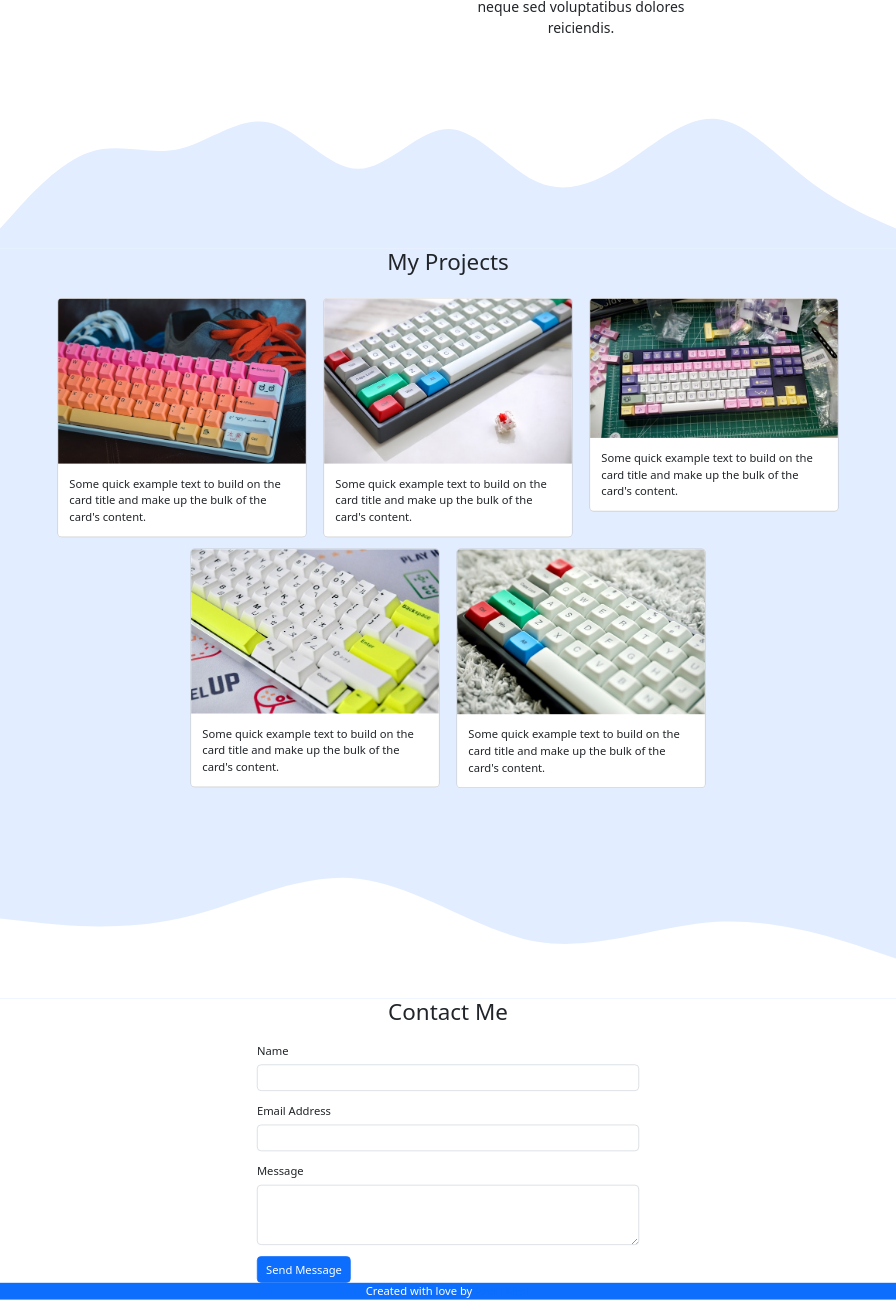
Repository: fadlyyy/fadli-dev.github.io
Page: index.html
An editor plug-in stored every save of this project. The page is shown before and after the next save, followed by the edit.
The browser window is 1280 px wide. The pictures show the part of the page from y = 1132 to 3052 px (the page is 3004 px tall before and 3052 px after), at 70% of full size.

Above is the page before, as saved 2024-01-19 16:05:55.

### index.html
<!DOCTYPE html>
<html lang="en">
  <head>
    <meta charset="utf-8" />
    <meta name="viewport" content="width=device-width, initial-scale=1" />
    <title>Bootstrap demo</title>
    <link href="https://cdn.jsdelivr.net/npm/bootstrap@5.2.3/dist/css/bootstrap.min.css" rel="stylesheet" integrity="sha384-rbsA2VBKQhggwzxH7pPCaAqO46MgnOM80zW1RWuH61DGLwZJEdK2Kadq2F9CUG65" crossorigin="anonymous" />
    <link rel="stylesheet" href="style.css" />
  </head>
  <body>
    <!-- Navbar -->
    <nav class="navbar navbar-expand-lg navbar-dark bg-primary shadow">
      <div class="container">
        <a class="navbar-brand fs-3" href="#">Fadli Rifai</a>
        <button class="navbar-toggler" type="button" data-bs-toggle="collapse" data-bs-target="#navbarNav" aria-controls="navbarNav" aria-expanded="false" aria-label="Toggle navigation">
          <span class="navbar-toggler-icon"></span>
        </button>
        <div class="collapse navbar-collapse" id="navbarNav">
          <ul class="navbar-nav ms-auto">
            <li class="nav-item">
              <a class="nav-link active" aria-current="page" href="#">Home</a>
            </li>
            <li class="nav-item">
              <a class="nav-link" href="#">About</a>
            </li>
            <li class="nav-item">
              <a class="nav-link" href="#">Projects</a>
            </li>
            <li class="nav-item">
              <a class="nav-link" href="#">Contact</a>
            </li>
          </ul>
        </div>
      </div>
    </nav>
    <!-- Navbar End -->

    <!-- Jumbotron -->
    <section class="jumbotron text-center">
      <img class="rounded-circle img-thumbnail" src="img/images.jpeg" alt="" width="250" />
      <h1 class="display-4">Fadli Rifai</h1>
      <p class="lead">Fullstack Developer</p>
      <svg xmlns="http://www.w3.org/2000/svg" viewBox="0 0 1440 320">
        <path
          fill="#ffffff"
          fill-opacity="1"
          d="M0,160L24,176C48,192,96,224,144,245.3C192,267,240,277,288,261.3C336,245,384,203,432,181.3C480,160,528,160,576,170.7C624,181,672,203,720,213.3C768,224,816,224,864,218.7C912,213,960,203,1008,213.3C1056,224,1104,256,1152,261.3C1200,267,1248,245,1296,229.3C1344,213,1392,203,1416,197.3L1440,192L1440,320L1416,320C1392,320,1344,320,1296,320C1248,320,1200,320,1152,320C1104,320,1056,320,1008,320C960,320,912,320,864,320C816,320,768,320,720,320C672,320,624,320,576,320C528,320,480,320,432,320C384,320,336,320,288,320C240,320,192,320,144,320C96,320,48,320,24,320L0,320Z"
        ></path>
      </svg>
    </section>
    <!-- Jumbotron End -->

    <!-- About -->
    <section id="about">
      <div class="container">
        <div class="row text-center mb-4">
          <div class="col">
            <h2>About Me</h2>
          </div>
        </div>
        <div class="row justify-content-center fs-5 text-center">
          <div class="col-md-4">
            <p class="">
              Lorem, ipsum dolor sit amet consectetur adipisicing elit. Aliquid, et perspiciatis. Vero veritatis temporibus ipsa, tenetur natus dolores atque vitae laborum rerum! Pariatur est facilis fugit nemo. Incidunt repudiandae quod
              aspernatur asperiores, unde ea soluta.
            </p>
          </div>
          <div class="col-md-4">
            <p>
              Lorem ipsum dolor sit amet consectetur adipisicing elit. Perferendis rem quaerat, commodi laudantium quam sequi eos delectus, repudiandae magni aut harum nisi fugiat reiciendis natus similique accusantium non repellat
              consectetur facilis praesentium libero vel. Obcaecati modi nihil, aperiam sint qui animi optio laborum earum hic neque sed voluptatibus dolores reiciendis.
            </p>
          </div>
        </div>
      </div>
      <svg xmlns="http://www.w3.org/2000/svg" viewBox="0 0 1440 320">
        <path
          fill="#e2edff"
          fill-opacity="1"
          d="M0,288L24,261.3C48,235,96,181,144,165.3C192,149,240,171,288,160C336,149,384,107,432,117.3C480,128,528,192,576,192C624,192,672,128,720,128C768,128,816,192,864,213.3C912,235,960,213,1008,181.3C1056,149,1104,107,1152,112C1200,117,1248,171,1296,208C1344,245,1392,267,1416,277.3L1440,288L1440,320L1416,320C1392,320,1344,320,1296,320C1248,320,1200,320,1152,320C1104,320,1056,320,1008,320C960,320,912,320,864,320C816,320,768,320,720,320C672,320,624,320,576,320C528,320,480,320,432,320C384,320,336,320,288,320C240,320,192,320,144,320C96,320,48,320,24,320L0,320Z"
        ></path>
      </svg>
    </section>
    <!-- About End -->

    <!-- Section Projects -->
    <section id="projects">
      <div class="container">
        <div class="row mb-4">
          <div class="col text-center">
            <h2>My Projects</h2>
          </div>
        </div>
        <div class="row justify-content-center">
          <div class="col-md-4 mb-3 child">
            <div class="card">
              <img src="img/projects/Projects1.jpg" class="card-img-top" alt="..." />
              <div class="card-body">
                <p class="card-text">Some quick example text to build on the card title and make up the bulk of the card's content.</p>
              </div>
            </div>
          </div>
          <div class="col-md-4 mb-3 child">
            <div class="card">
              <img src="img/projects/Projects2.jpg" class="card-img-top" alt="..." />
              <div class="card-body">
                <p class="card-text">Some quick example text to build on the card title and make up the bulk of the card's content.</p>
              </div>
            </div>
          </div>
          <div class="col-md-4 mb-3 child">
            <div class="card">
              <img src="img/projects/Projects3.jpg" class="card-img-top" alt="..." />
              <div class="card-body">
                <p class="card-text">Some quick example text to build on the card title and make up the bulk of the card's content.</p>
              </div>
            </div>
          </div>
          <div class="col-md-4 mb-3 child">
            <div class="card">
              <img src="img/projects/Projects4.jpg" class="card-img-top" alt="..." />
              <div class="card-body">
                <p class="card-text">Some quick example text to build on the card title and make up the bulk of the card's content.</p>
              </div>
            </div>
          </div>
          <div class="col-md-4 mb-3 child">
            <div class="card">
              <img src="img/projects/Projects5.jpg" class="card-img-top" alt="..." />
              <div class="card-body">
                <p class="card-text">Some quick example text to build on the card title and make up the bulk of the card's content.</p>
              </div>
            </div>
          </div>
        </div>
      </div>
      <svg xmlns="http://www.w3.org/2000/svg" viewBox="0 0 1440 320"><path fill="#fff" fill-opacity="1" d="M0,192L48,197.3C96,203,192,213,288,192C384,171,480,117,576,128C672,139,768,213,864,229.3C960,245,1056,203,1152,197.3C1248,192,1344,224,1392,240L1440,256L1440,320L1392,320C1344,320,1248,320,1152,320C1056,320,960,320,864,320C768,320,672,320,576,320C480,320,384,320,288,320C192,320,96,320,48,320L0,320Z"></path></svg>
    </section>
    <!-- End Section Projects -->

    <!-- Contact -->
    <section id="contact">
      <div class="container">
        <div class="row text-center mb-3">
          <div class="col">
            <h2>Contact Me</h2>
          </div>
        </div>
        <div class="row justify-content-center">
          <div class="col-md-6">
            <form>
              <div class="mb-3">
                <label for="name" class="form-label">Name</label>
                <input type="text" class="form-control" id="name" aria-describedby="name" />
              </div>
              <div class="mb-3">
                <label for="email" class="form-label">Email Address</label>
                <input type="email" class="form-control" id="email" aria-describedby="email" />
              </div>
              <div class="mb-3">
                <label for="message" class="form-label">Message</label>
                <textarea class="form-control" id="message" rows="3"></textarea>
              </div>
              <button type="submit" class="btn btn-primary">Send Message</button>
            </form>
          </div>
        </div>
      </div>
    <!-- End Contact -->

    <!-- Footer -->
    <footer class="bg-primary text-center">
      <p class="text-white">Created with love by <a href="#" class="fw-bold">Fadli Rifai</a></p>
    </footer>
    <!-- Footer End -->

    <script src="https://cdn.jsdelivr.net/npm/bootstrap@5.2.3/dist/js/bootstrap.bundle.min.js" integrity="sha384-kenU1KFdBIe4zVF0s0G1M5b4hcpxyD9F7jL+jjXkk+Q2h455rYXK/7HAuoJl+0I4" crossorigin="anonymous"></script>
  </body>
</html>

### style.css
.jumbotron {
  padding-top: 2rem;
  background-color: #e2edff;
}

#projects {
  background-color: #e2edff;
}

#projects .child {
  transition: all 0.2s ease-in-out;
}

#projects .child:hover {
  scale: 1.04;
}

After the next save:
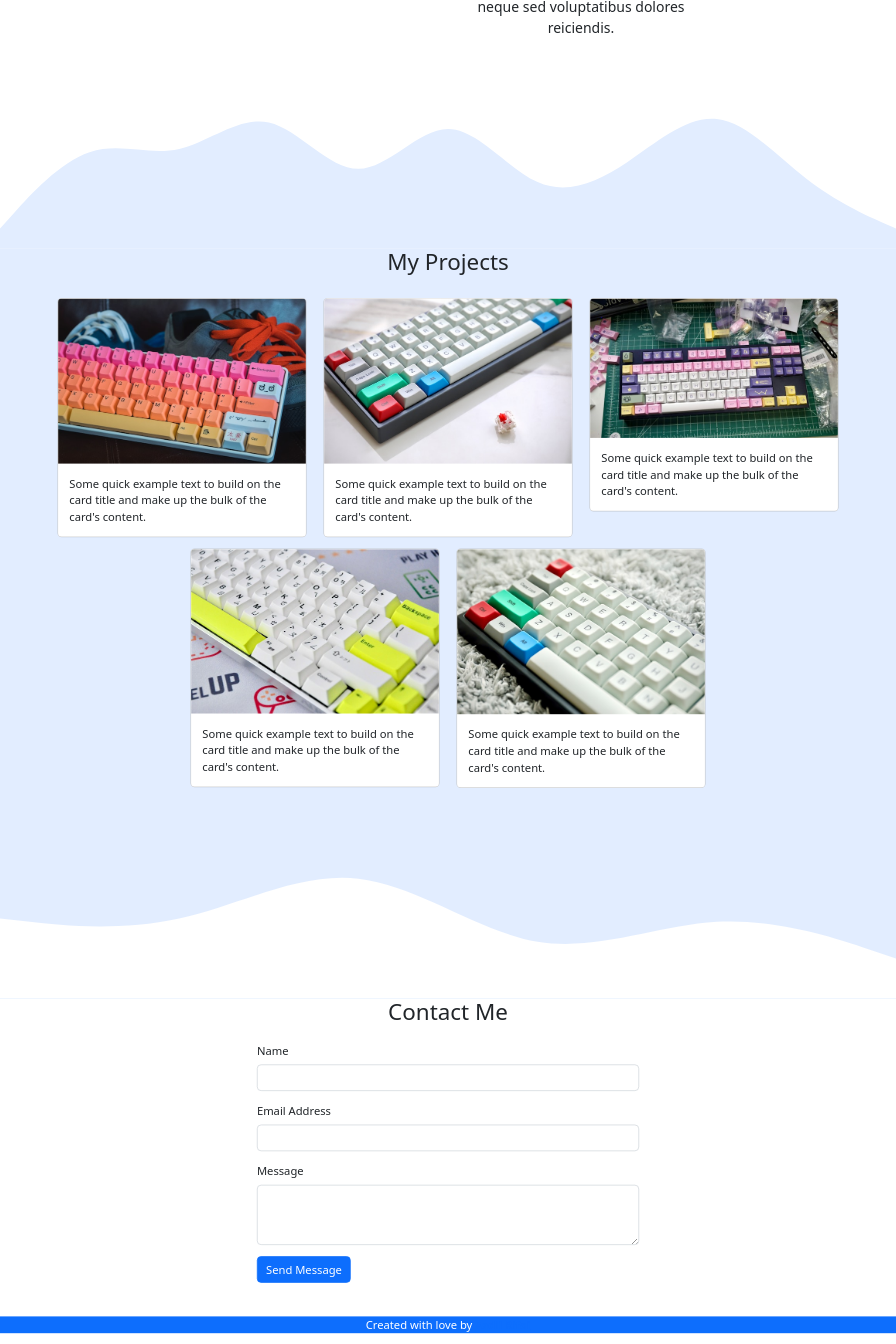
Saved 28 s later.
--- a/index.html
+++ b/index.html
@@ -169,7 +169,7 @@
     <!-- End Contact -->
 
     <!-- Footer -->
-    <footer class="bg-primary text-center">
+    <footer class="bg-primary text-center mt-5">
       <p class="text-white">Created with love by <a href="#" class="fw-bold">Fadli Rifai</a></p>
     </footer>
     <!-- Footer End -->

After the save that followed:
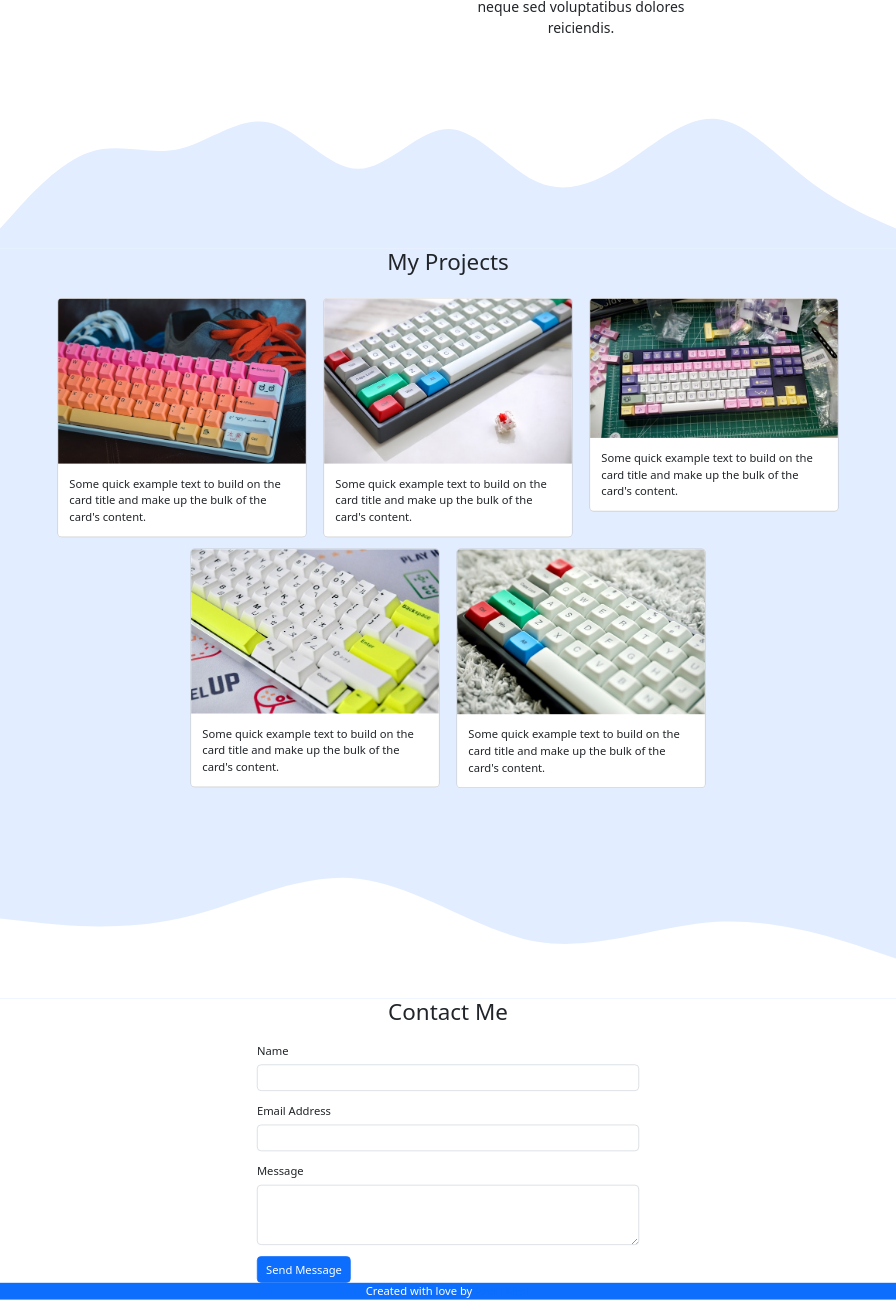
Saved 7 s later.
--- a/index.html
+++ b/index.html
@@ -169,7 +169,7 @@
     <!-- End Contact -->
 
     <!-- Footer -->
-    <footer class="bg-primary text-center mt-5">
+    <footer class="bg-primary text-center">
       <p class="text-white">Created with love by <a href="#" class="fw-bold">Fadli Rifai</a></p>
     </footer>
     <!-- Footer End -->
